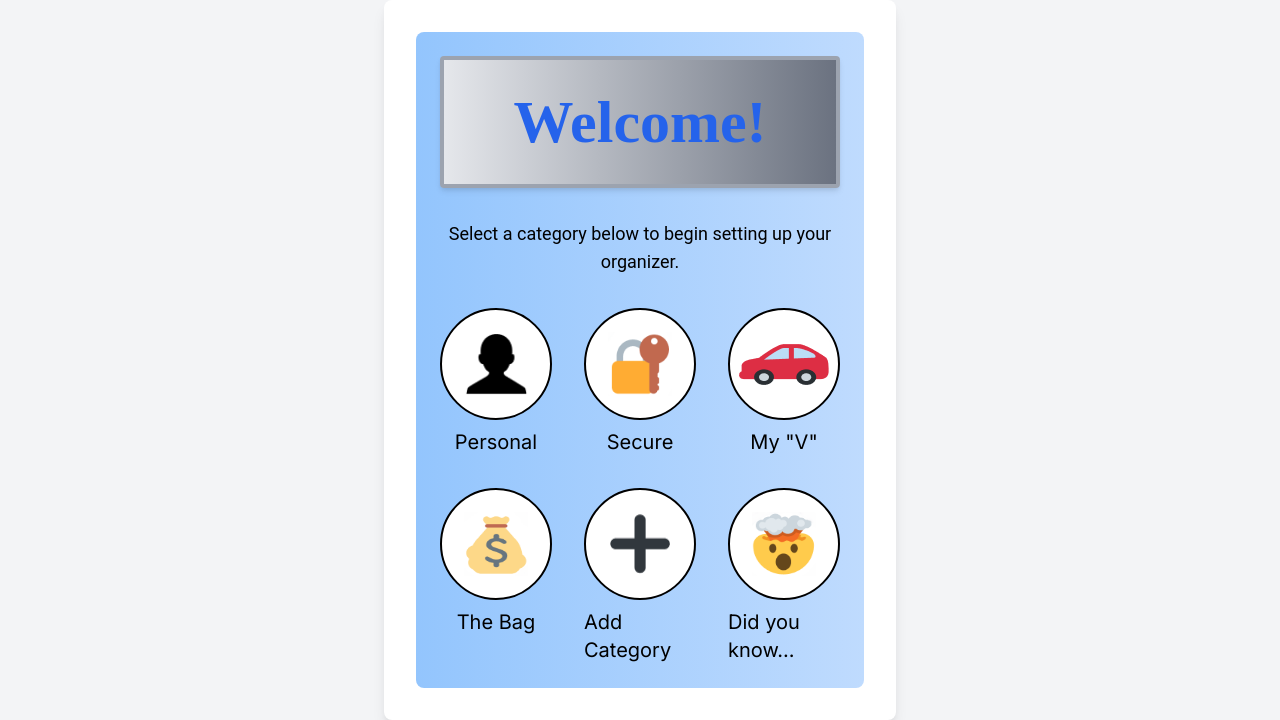
Repository: MercyB19/Russaw_Mercy_Adulting-101_Capstone
Page: page2.html
The author's editor kept a copy of each file at every save. The page is drawn from the files as they stood at one save, then again after the next save.
The browser window is 1280 px wide. The pictures show the whole page.
Some web fonts or font styles are not loaded; a fallback is used.

Above is the page before, as saved 2024-07-23 05:53:16.

### page2.html
<!DOCTYPE html>
<html lang="en">

<head>
  <meta charset="UTF-8">
  <meta name="viewport" content="width=device-width, initial-scale=1.0">
  <title>YAY Adulting</title>
  <link href="https://cdn.jsdelivr.net/npm/tailwindcss@2.2.19/dist/tailwind.min.css" rel="stylesheet">
  <link rel="stylesheet" href="https://fonts.googleapis.com/css2?family=Balsamiq+Sans:wght@400;700&display=swap">
  <link rel="stylesheet" href="https://fonts.googleapis.com/css2?family=Inter:wght@400;500;600&display=swap">
</head>

<body class="bg-gray-100 flex justify-center items-center min-h-screen">
  <div class="w-full max-w-lg p-8 bg-white rounded-lg shadow-lg">
    <div class="bg-gradient-to-r from-blue-300 via-teal-300 to-blue-200 p-6 rounded-lg">
    <header class="w-full p-8 bg-gradient-to-r from-gray-200 to-gray-500 border-4 border-gray-400 flex flex-col items-center rounded shadow-md mb-8">
      <h1 class="text-6xl font-bold text-blue-600" style="font-family: 'Balsamiq Sans', cursive;">Welcome!</h1>
    </header>
    <div class="text-center mb-8">
      <p class="text-lg" style="font-family: 'Roboto', sans-serif;">Select a category below to begin setting up your organizer.</p>
    </div>
    <div class="grid grid-cols-3 gap-8">
      <div class="flex flex-col items-center">
        <div class="w-28 h-28 flex justify-center items-center bg-white border-2 border-black rounded-full mb-2">
          <img src="Images/Person_personal_img.png" alt="Personal" class="w-17 h-16">
        </div>
        <p class="text-xl" style="font-family: 'Inter', sans-serif;">Personal</p>
      </div>
      <div class="flex flex-col items-center">
        <div class="w-28 h-28 flex justify-center items-center bg-white border-2 border-black rounded-full mb-2">
          <img src="Images/Secure_icon_img.png" alt="Secure" class="w-16 h-16">
        </div>
        <p class="text-xl" style="font-family: 'Inter', sans-serif;">Secure</p>
      </div>
      <div class="flex flex-col items-center">
        <div class="w-28 h-28 flex justify-center items-center bg-white border-2 border-black rounded-full mb-2">
          <img src="images/My_V_img.png" alt="My V" class="w-15 h-15">
        </div>
        <p class="text-xl" style="font-family: 'Inter', sans-serif;">My "V"</p>
      </div>
      <div class="flex flex-col items-center">
        <div class="w-28 h-28 flex justify-center items-center bg-white border-2 border-black rounded-full mb-2">
          <img src="Images/The_bag_icon_img.png" alt="The Bag" class="w-16 h-16">
        </div>
        <p class="text-xl" style="font-family: 'Inter', sans-serif;">The Bag</p>
      </div>
      <div class="flex flex-col items-center">
        <div class="w-28 h-28 flex justify-center items-center bg-white border-2 border-black rounded-full mb-2">
          <img src="Images/Add_new_img.png" alt="Add Category" class="w-16 h-16">
        </div>
        <p class="text-xl" style="font-family: 'Inter', sans-serif;">Add Category</p>
      </div>
      <div class="flex flex-col items-center">
        <div class="w-28 h-28 flex justify-center items-center bg-white border-2 border-black rounded-full mb-2">
          <img src="Images/did_you_know_icon.png" alt="Did you know" class="w-16 h-16">
        </div>
        <p class="text-xl" style="font-family: 'Inter', sans-serif;">Did you know...</p>
      </div>
    </div>
  </div>
</body>

</html>

After the next save:
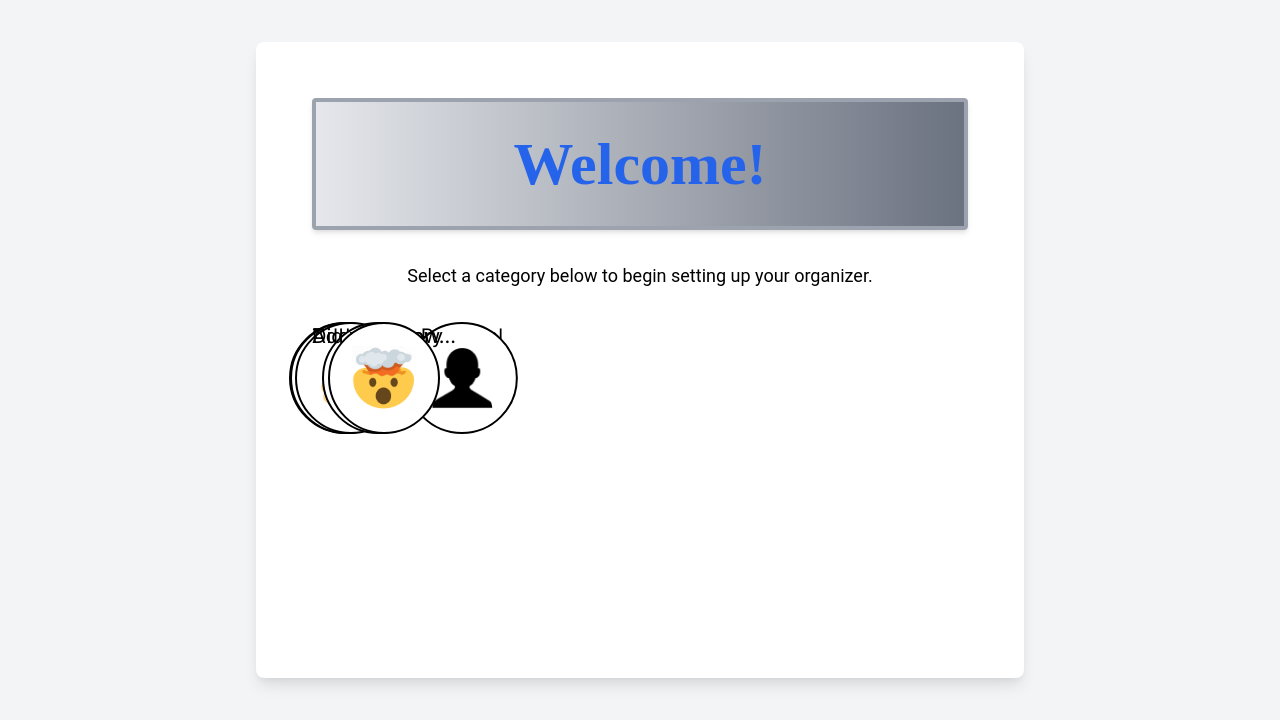
Saved 33 min 2 s later.
--- a/page2.html
+++ b/page2.html
@@ -8,19 +8,62 @@
   <link href="https://cdn.jsdelivr.net/npm/tailwindcss@2.2.19/dist/tailwind.min.css" rel="stylesheet">
   <link rel="stylesheet" href="https://fonts.googleapis.com/css2?family=Balsamiq+Sans:wght@400;700&display=swap">
   <link rel="stylesheet" href="https://fonts.googleapis.com/css2?family=Inter:wght@400;500;600&display=swap">
+  <style>
+    .pentagon-layout {
+      position: relative;
+      width: 300px;
+      height: 300px;
+    }
+
+    .pentagon-layout div {
+      position: absolute;
+    }
+
+    .personal {
+      top: 0;
+      left: 50%;
+      transform: translateX(-50%);
+    }
+
+    .secure {
+      top: 30%;
+      left: 0;
+    }
+
+    .add-category {
+      top: 50%;
+      left: 50%;
+      transform: translate(-50%, -50%);
+    }
+
+    .my-v {
+      top: 30%;
+      right: 0;
+    }
+
+    .the-bag {
+      bottom: 0;
+      left: 25%;
+    }
+
+    .did-you-know {
+      bottom: 0;
+      right: 25%;
+    }
+  </style>
 </head>
 
 <body class="bg-gray-100 flex justify-center items-center min-h-screen">
-  <div class="w-full max-w-lg p-8 bg-white rounded-lg shadow-lg">
-    <div class="bg-gradient-to-r from-blue-300 via-teal-300 to-blue-200 p-6 rounded-lg">
+  <div class="w-full max-w-screen-md p-8 bg-white rounded-lg shadow-lg">
+    <div class="bg-gradient-to-r from-teal to-cyan-500 p-6 rounded-lg">
     <header class="w-full p-8 bg-gradient-to-r from-gray-200 to-gray-500 border-4 border-gray-400 flex flex-col items-center rounded shadow-md mb-8">
       <h1 class="text-6xl font-bold text-blue-600" style="font-family: 'Balsamiq Sans', cursive;">Welcome!</h1>
     </header>
     <div class="text-center mb-8">
       <p class="text-lg" style="font-family: 'Roboto', sans-serif;">Select a category below to begin setting up your organizer.</p>
     </div>
-    <div class="grid grid-cols-3 gap-8">
-      <div class="flex flex-col items-center">
+    <div class="pentagon-layout">
+      <div class="personal flex flex-col items-center">
         <div class="w-28 h-28 flex justify-center items-center bg-white border-2 border-black rounded-full mb-2">
           <img src="Images/Person_personal_img.png" alt="Personal" class="w-17 h-16">
         </div>
